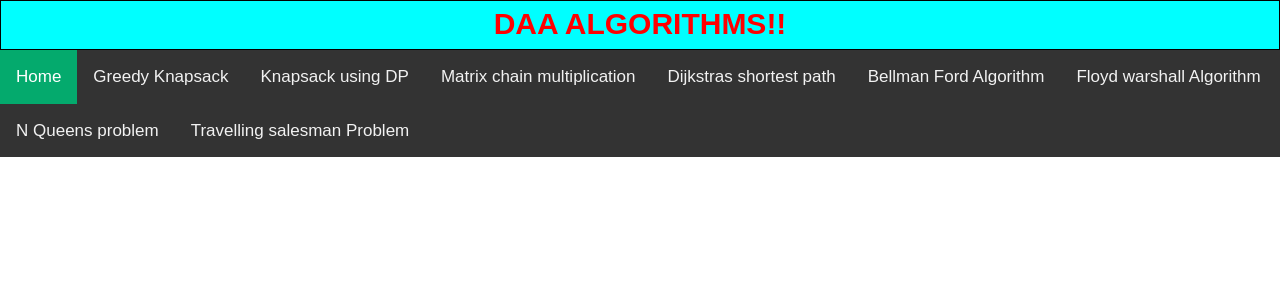
Repository: vinaybabu3962/ALGORITHMIC-TOOLBOX
Page: DAA_WT/webapp/index.html
The author's editor kept a copy of each file at every save. The page is drawn from the files as they stood at one save, then again after the next save.
The browser window is 1280 px wide. The pictures show the whole page.

Above is the page before, as saved 2021-07-06 09:24:17.

After the next save:
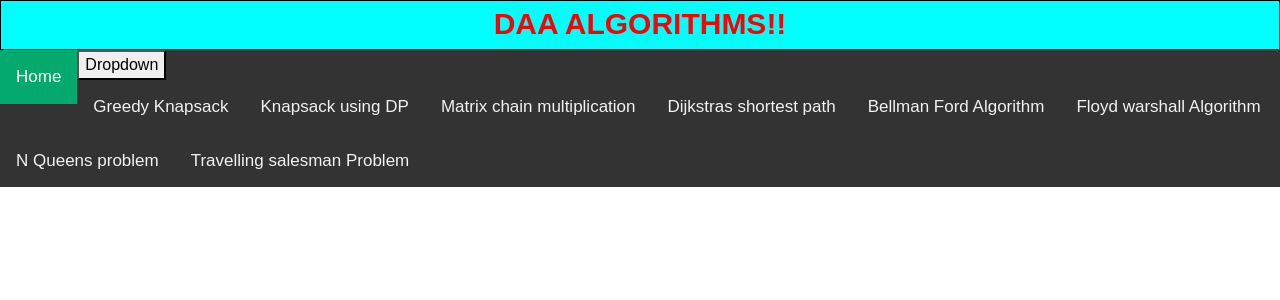
Saved 4 h 30 min later.
--- a/DAA_WT/webapp/index.html
+++ b/DAA_WT/webapp/index.html
@@ -44,8 +44,17 @@ body {
 </div>
 <div class="topnav">
   <a class="active" href="#home">Home</a>
-  <a href="GreedyKnapsack.html">Greedy Knapsack</a>
+  <div class="dropdown">
+    <button class="dropbtn">Dropdown
+      <i class="fa fa-caret-down"></i>
+    </button>
+    <div class="dropdown-content">
+		<a href="GreedyKnapsack.html">Greedy Knapsack</a>
   <a href="KnapSackDP.html">Knapsack using DP</a>
+
+    </div>
+  </div>
+
   <a href="MatrixChainMultiplication.html">Matrix chain multiplication</a>
   <a href="Dijkstras.html">Dijkstras shortest path</a>
   <a href="BellmanFord.html">Bellman Ford Algorithm</a>
